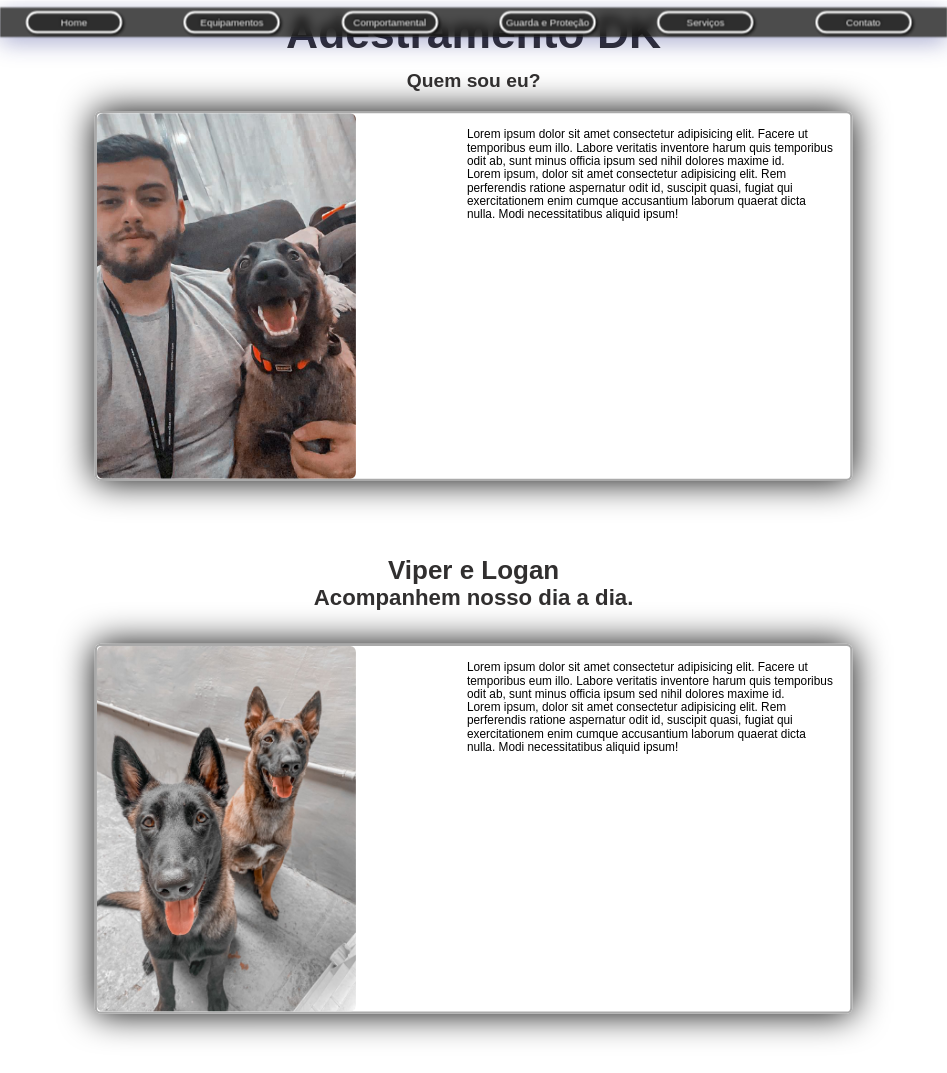
Repository: KevynMarques/Blog-React-StyledComponent
Page: /
The author's editor kept a copy of each file at every save. The page is drawn from the files as they stood at one save, then again after a run of saves.
The browser window is 1280 px wide. The pictures show the whole page, at 74% of full size.
The project was rebuilt for these pictures with package versions that can differ from the ones it lists, and the page was loaded fresh each time.

Above is the page before, as saved 2022-02-01 20:20:52.

After the next 3 saves:
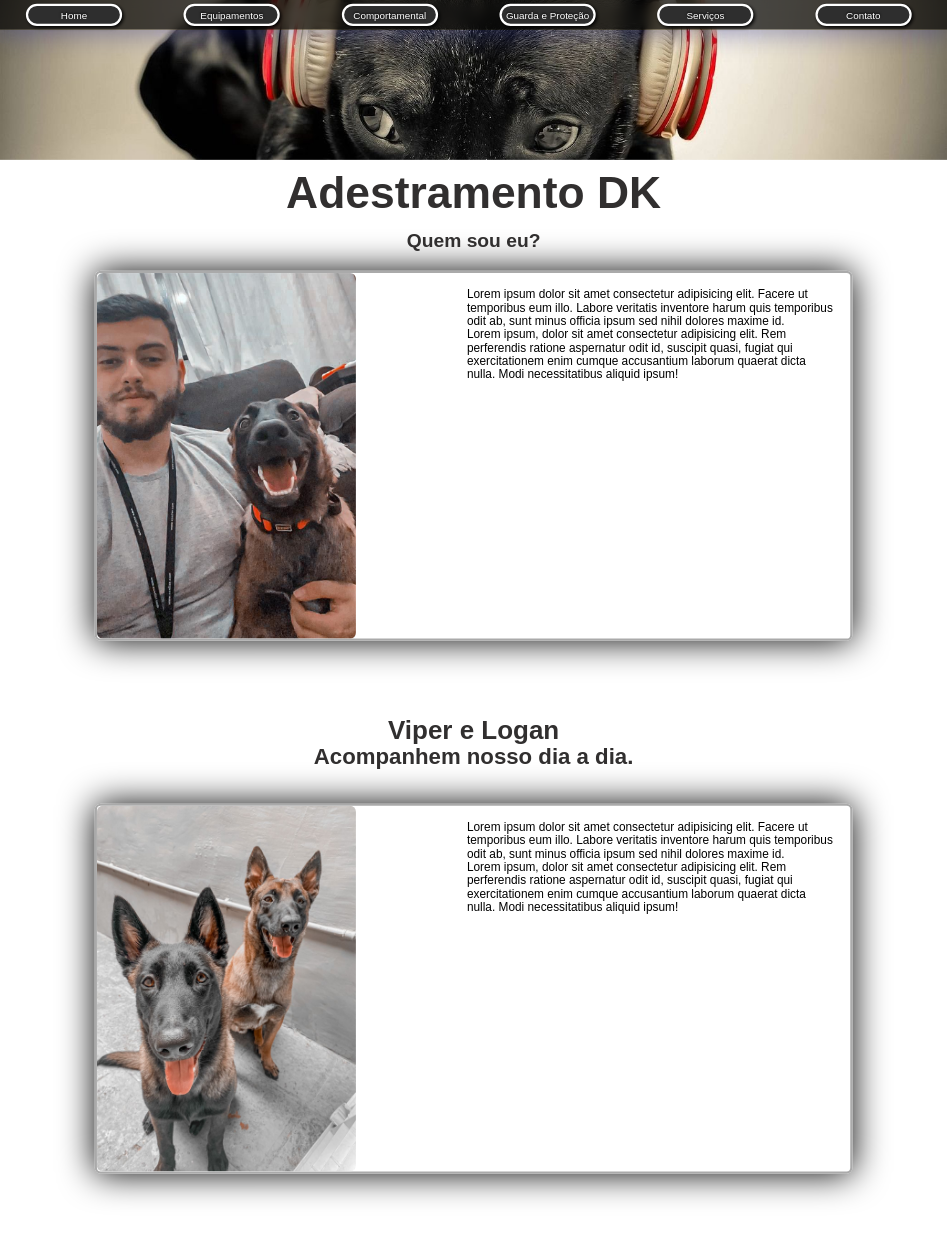
The 3 saves are shown as one change because 2 did not build or start.
The last was saved 21 s later.
--- a/src/App.js
+++ b/src/App.js
@@ -7,7 +7,7 @@ import Geral from './Components/Geral/index';
 
 function App() {
 
-  const [geral, setGeral]=useState(<Sobre/>)
+  const [geral, setGeral]=useState(Geral,<Sobre/>)
 
   return (
     <>
--- a/src/Components/Geral/index.jsx
+++ b/src/Components/Geral/index.jsx
@@ -1,14 +1,14 @@
 import Header from '../Header/index';
 import Sobre from '../Sobre/index';
-import React from 'react';
 
 
-export default (props) => {
+export default () => {
 
   return (
 
     <>
-    {props.geral}
+    <Header />
+    <Sobre />
     </>
 
   );
